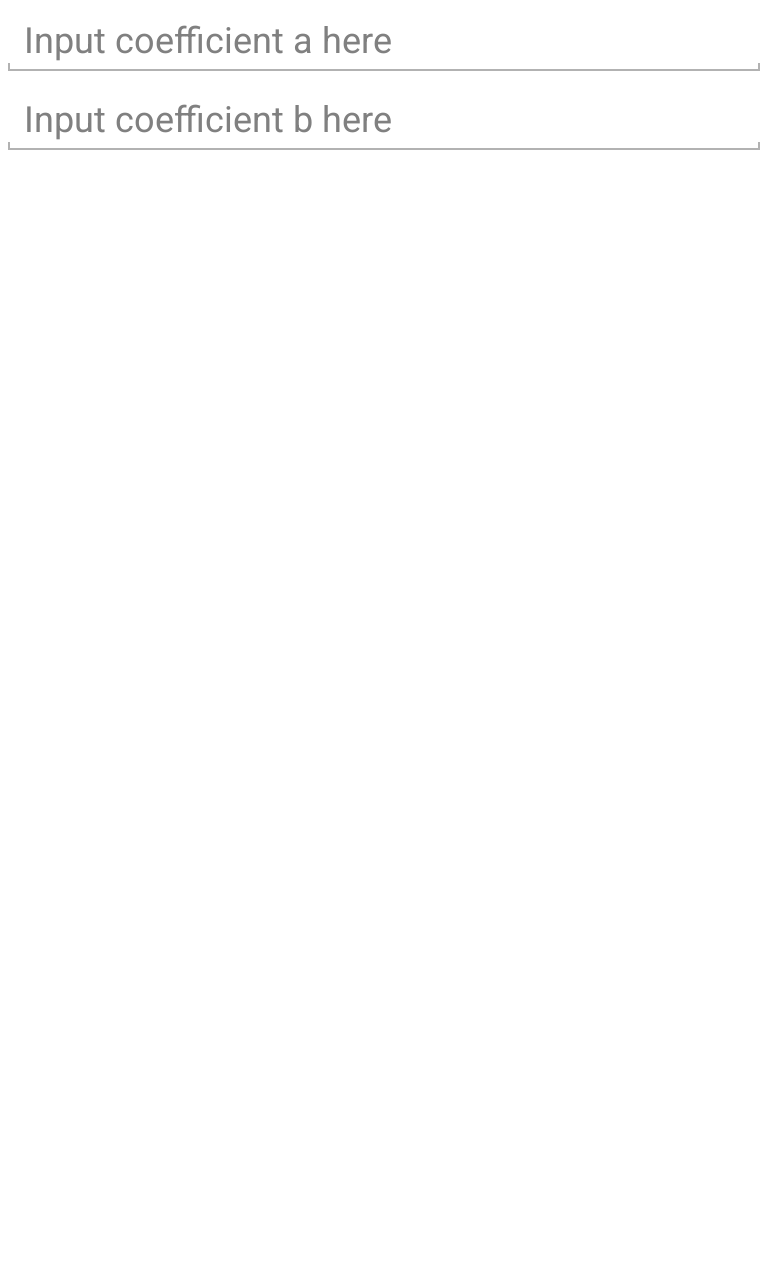
Repository: LightWay152/Lesson2_If_Switch_2
Layout: SuperlativeEquation/res/layout/activity_main.xml
These files come from the project's save history. The layout is drawn as it stood at one moment and after the next save; the edit follows.
It is drawn on a 768 x 1280 px phone screen (xhdpi) without system bars, with theme AppTheme; the app's code is not run.

Above is the layout before, as saved 2017-01-02 02:07:11.

### SuperlativeEquation/res/layout/activity_main.xml
<LinearLayout xmlns:android="http://schemas.android.com/apk/res/android"
    xmlns:tools="http://schemas.android.com/tools"
    android:layout_width="match_parent"
    android:layout_height="match_parent"
    android:orientation="vertical"
    tools:context="${relativePackage}.${activityClass}" >

    <EditText
        android:id="@+id/edtInputA"
        android:layout_width="match_parent"
        android:layout_height="wrap_content"
        android:hint="@string/input_coefficient_a"/>
    <EditText
        android:id="@+id/edtInputB"
        android:layout_width="match_parent"
        android:layout_height="wrap_content"
        android:hint="@string/input_coefficient_b"/>

</LinearLayout>

### SuperlativeEquation/res/values/strings.xml
<?xml version="1.0" encoding="utf-8"?>
<resources>

    <string name="app_name">Superlative Equation</string>
    <string name="hello_world">Hello world!</string>
    <string name="input_coefficient_a">Input coefficient a here</string>
    <string name="input_coefficient_b">Input coefficient b here</string>
    <string name="calculate">Calculate</string>

</resources>

Loaded but not shown: SuperlativeEquation/res/values/styles.xml (common file); SuperlativeEquation/res/values-v11/styles.xml (common file); SuperlativeEquation/res/values-v14/styles.xml (common file)

After the next save:
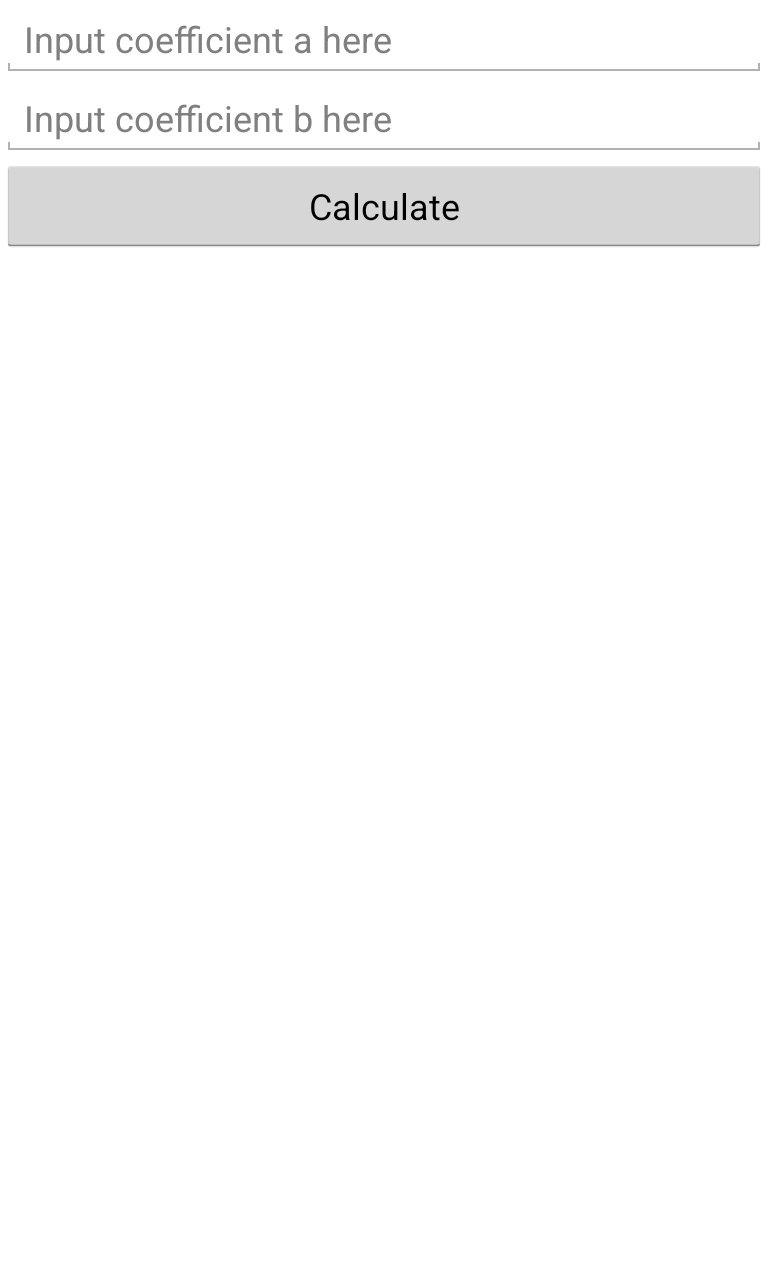
Saved 45 s later.
--- a/SuperlativeEquation/res/layout/activity_main.xml
+++ b/SuperlativeEquation/res/layout/activity_main.xml
@@ -15,5 +15,10 @@
         android:layout_width="match_parent"
         android:layout_height="wrap_content"
         android:hint="@string/input_coefficient_b"/>
+    <Button
+        android:id="@+id/btnCalculate"
+        android:layout_width="match_parent"
+        android:layout_height="wrap_content"
+        android:text="@string/calculate"/>
 
 </LinearLayout>
